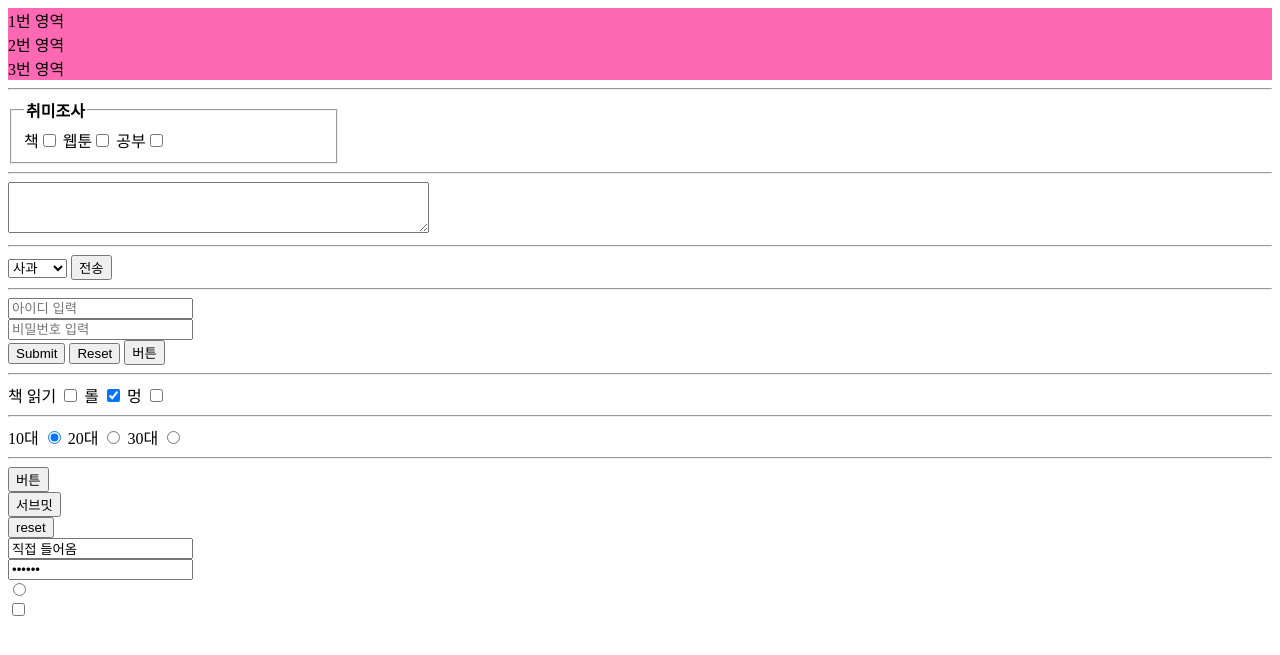
Repository: basstpgns/20201029html
Page: jsp/html/test02.html
These files come from the project's save history. The page is drawn as it stood at one moment and after the next save; the edit follows.
The browser window is 1280 px wide. The pictures show the whole page.

Above is the page before, as saved 2020-10-30 01:47:40.

After the next save:
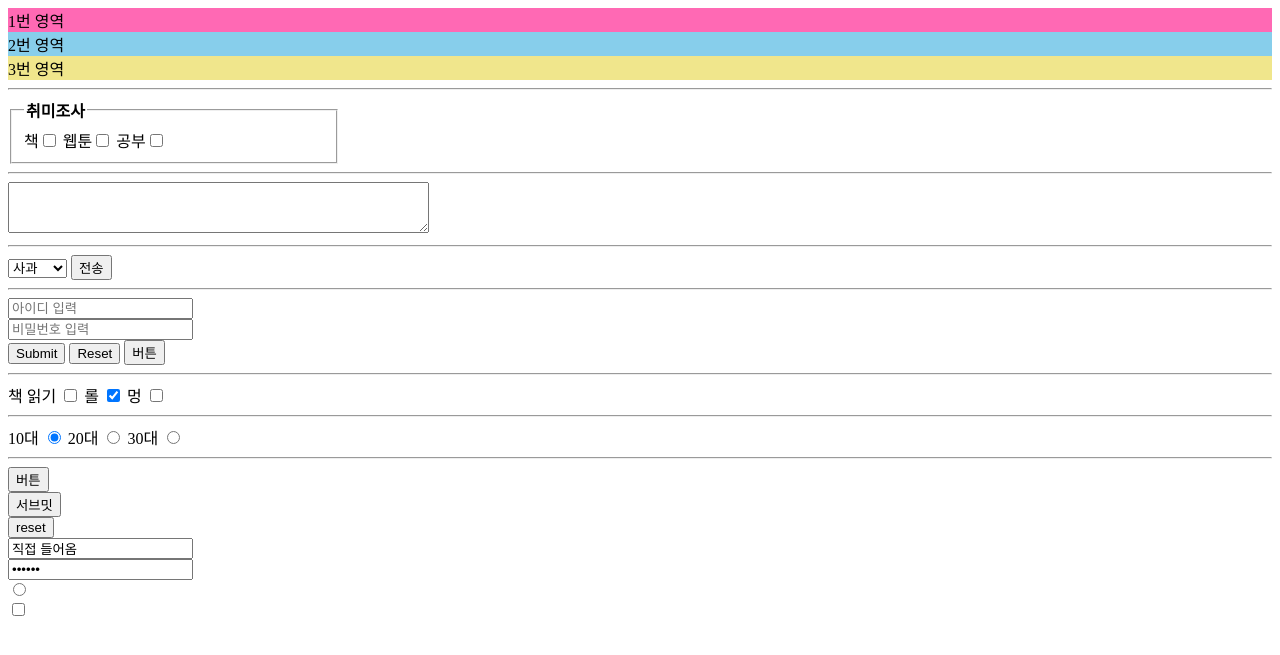
Saved 13 s later.
--- a/jsp/html/test02.html
+++ b/jsp/html/test02.html
@@ -6,8 +6,8 @@
 </head>
 <body>
 	<div style="background-color: hotpink;">1번 영역</div><!-- 블록 단위로 구분 -->
-	<div style="background-color: hotpink;">2번 영역</div>
-	<div style="background-color: hotpink;">3번 영역</div>
+	<div style="background-color: skyblue;">2번 영역</div>
+	<div style="background-color: khaki;">3번 영역</div>
 	<hr>
 	<fieldset style="width: 300px;">
 		<legend>
